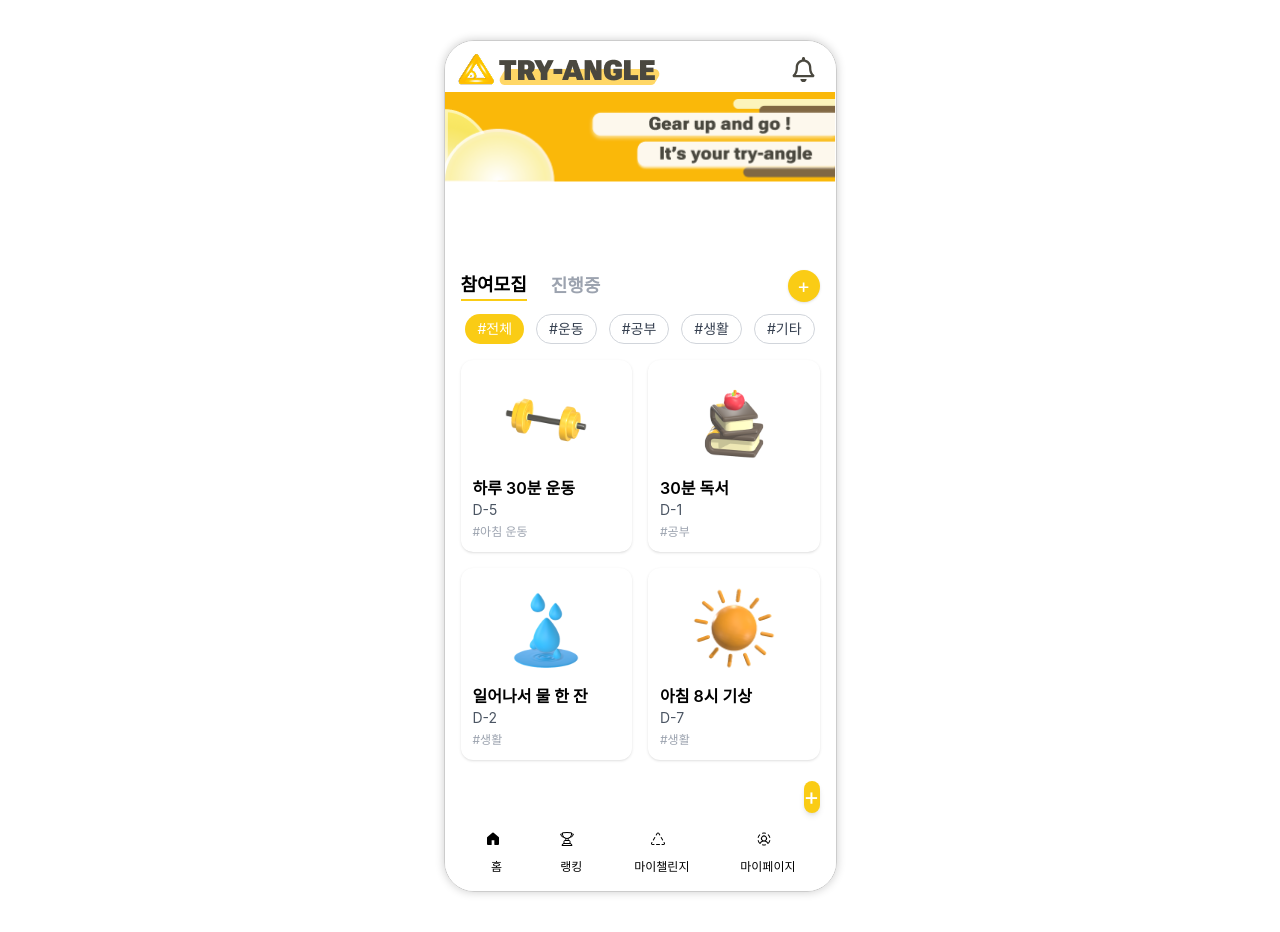
Repository: gusdk19/TryAngle-FE
Page: /
An editor plug-in stored every save of this project. The page is shown before and after the next save, followed by the edit.
The browser window is 1280 px wide. The pictures show the whole page.
The project was rebuilt for these pictures with package versions that can differ from the ones it lists, and the page was loaded fresh each time. Also part of the build but not shown: src/App.css.

Above is the page before, as saved 2025-04-30 23:13:16.

After the next save:
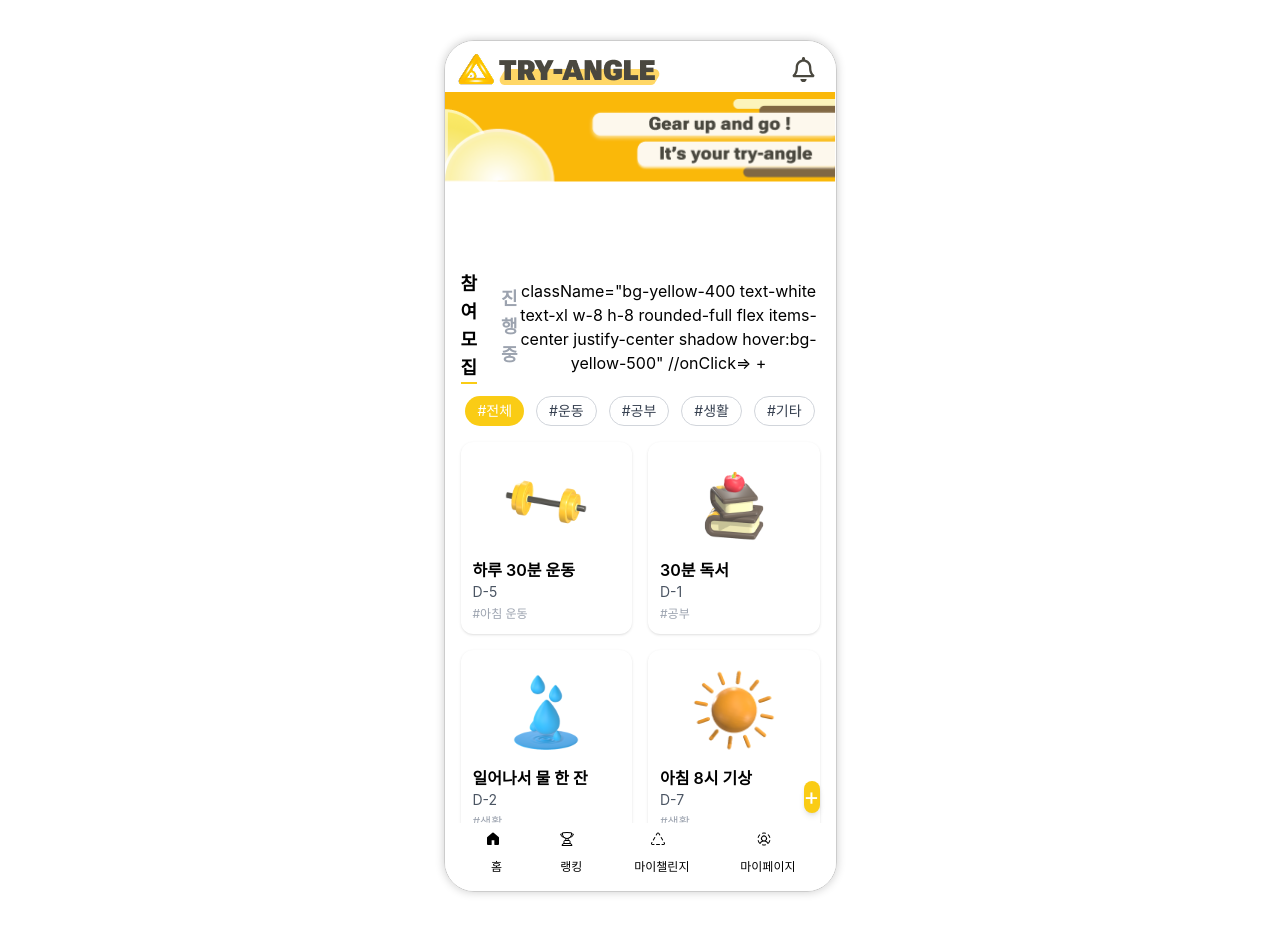
Saved 28 s later.
--- a/src/pages/Home.js
+++ b/src/pages/Home.js
@@ -57,12 +57,12 @@
                 진행중
             </button>
           </div>
-          <button
-    className="bg-yellow-400 text-white text-xl w-8 h-8 rounded-full flex items-center justify-center shadow hover:bg-yellow-500"
-    onClick={() => navigate('/challenge/add')}
+          <button>
+          className="bg-yellow-400 text-white text-xl w-8 h-8 rounded-full flex items-center justify-center shadow hover:bg-yellow-500"
+    //onClick={() => navigate('/challenge/add')}
   >
     +
-  </button>
+          </button>
         </div>
 
         {/* + 버튼 */}

After the save that followed:
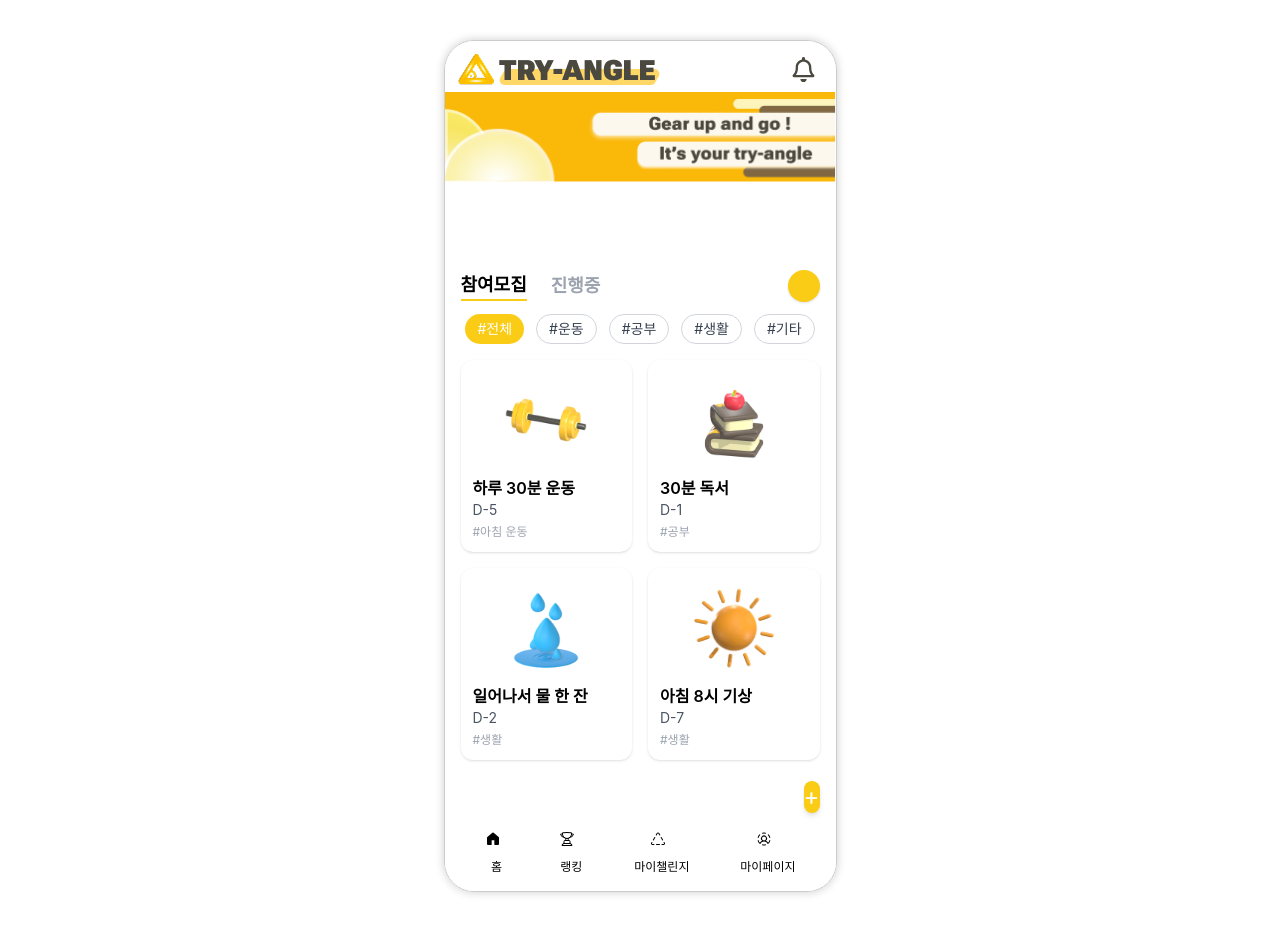
Saved 23 s later.
--- a/src/pages/Home.js
+++ b/src/pages/Home.js
@@ -57,11 +57,9 @@
                 진행중
             </button>
           </div>
-          <button>
-          className="bg-yellow-400 text-white text-xl w-8 h-8 rounded-full flex items-center justify-center shadow hover:bg-yellow-500"
-    //onClick={() => navigate('/challenge/add')}
-  >
-    +
+          <button className="bg-yellow-400 text-white text-xl w-8 h-8 rounded-full flex items-center justify-center shadow hover:bg-yellow-500"
+    onClick={() => navigate('/challenge/add')}>
+
           </button>
         </div>
 
